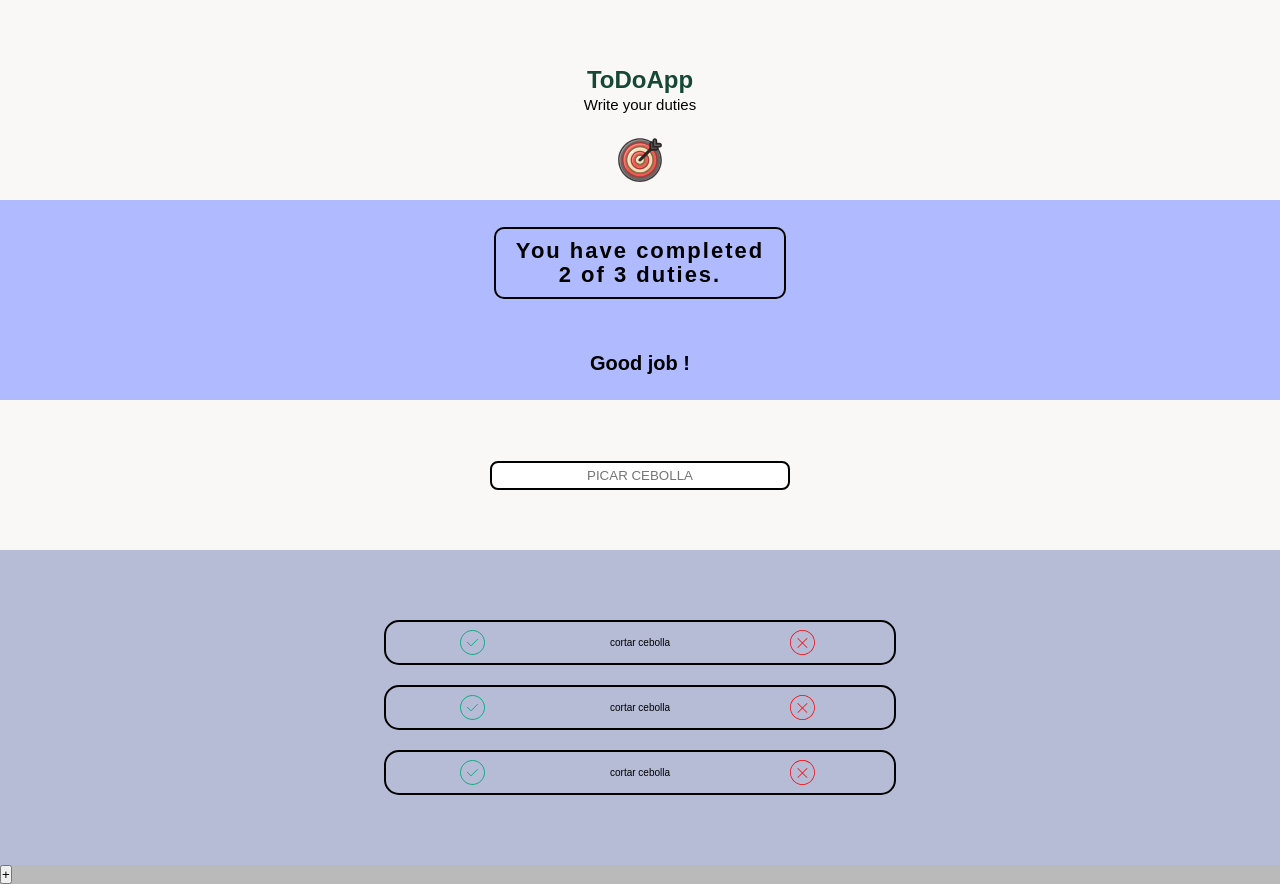
Repository: ChristianGecchelin/to-do-app
Page: /
These files come from the project's save history. The page is drawn as it stood at one moment and after the next save; the edit follows.
The browser window is 1280 px wide. The pictures show the whole page.
The project was rebuilt for these pictures with package versions that can differ from the ones it lists, and the page was loaded fresh each time.

Above is the page before, as saved 2022-01-12 15:38:43.

### src/index.js
import React from "react";
import ReactDOM from "react-dom";
import App from "./App";
//import { ChakraProvider } from "@chakra-ui/react";
import "./index.css";

ReactDOM.render(<App />, document.getElementById("root"));

### src/App.js
import { ToDoCounter } from "./ToDoCounter";
import { ToDoSearch } from "./ToDoSearch";
import { ToDoList } from "./ToDoList";
import { CreateToDoButton } from "./CreateToDoButton";
import { ToDoItem } from "./ToDoItem";
import { Header } from "./Header";
// import './App.css';

const todos = [
  { text: "cortar cebolla", completed: false },
  { text: "cortar cebolla", completed: false },
  { text: "cortar cebolla", completed: false },
];

function App() {
  return (
    <>
      <Header />
      <ToDoCounter />
      {<ToDoSearch />}
      <ToDoList>
        {todos.map((todo) => (
          <ToDoItem key={todo.text} text={todo.text} />
        ))}
      </ToDoList>

      <CreateToDoButton />
    </>
  );
}

export default App;

### src/index.css
* {
  box-sizing: border-box;
  margin: 0;
  padding: 0;
}
html {
  font-size: 62.5%;
  font-family: "DM Sans", sans-serif;
}
body {
  background: #bababa;
}

### src/ToDoCounter.js
import "./styles/ToDoCounter.css";
function ToDoCounter() {
  return (
    <section className="counter-container">
      <div className="title-card">
        <h2 className="counter-title">
          You have completed <br />2 of 3 duties.
        </h2>
      </div>
      {/* como podria cambiar ese br? */}
      <p className="counter-congrats">Good job !</p>
    </section>
  );
}
export { ToDoCounter };
/* Modificar que sea variable la cantidad de tareas completadas, que el good job cambie cuando llevo menos de la mitad de tareas completadas. */

### src/ToDoSearch.js
import "./styles/ToDoSearch.css";
function ToDoSearch() {
  return (
    <section className="search-container">
      <input className="search-input" placeholder="Picar cebolla"></input>
    </section>
  );
}
export { ToDoSearch };

### src/ToDoList.js
import "./styles/ToDoList.css";
function ToDoList(props) {
  return (
    <section className="list-container">
      <ul className="item-container"> {props.children}</ul>
    </section>
  );
}
export { ToDoList };

### src/CreateToDoButton.js
function CreateToDoButton() {
  return <button>+</button>;
}
export { CreateToDoButton };

### src/ToDoItem.js
function ToDoItem(props) {
  return (
    <li className="list-item">
      <span className="check"></span>
      <p className="text-item">{props.text}</p>
      <span className="delete"></span>
    </li>
  );
}
export { ToDoItem };

### src/Header.js
import "./styles/header.css";
function Header() {
  return (
    <header>
      <h1>ToDoApp</h1>
      <h3>Write your duties</h3>
      <span></span>
    </header>
  );
}
export { Header };

### src/styles/ToDoCounter.css
.counter-container {
  display: flex;
  flex-direction: column;
  justify-content: space-around;
  align-items: center;
  width: 100%;
  min-width: 300px;
  height: 200px;
  margin: 0 auto;
  text-align: center;
  background: #b0bbff;
}
.title-card {
  border: 2px solid black;
  border-radius: 10px;
}
.counter-title {
  font-size: 2.2rem;
  font-weight: 700;
  line-height: 2.4rem;
  letter-spacing: 0.2rem;
  padding: 10px 20px;
}
.counter-congrats {
  font-size: 2rem;
  font-weight: 700;
  line-height: 2rem;
}

/* como funciona la especifidad en css en react? */

### src/styles/ToDoSearch.css
.search-container {
  display: flex;
  flex-direction: column;
  margin: 0 auto;
  justify-content: center;
  width: 100;
  min-width: 200px;
  height: 150px;
  text-align: center;
  background: #faf8f7;
}
.search-input {
  width: 60%;
  max-width: 300px;
  border: 2px solid black;
  border-radius: 8px;
  margin: 0 auto;
  text-align: center;
  padding: 5px 20px;
}
.search-input:focus {
  outline: none;
  border: 2px solid green;
  background: rgba(240, 239, 239, 0.7);
}
.search-input::placeholder {
  text-transform: uppercase;
}

### src/styles/ToDoList.css
.list-container {
  display: flex;
  flex-direction: column;
  justify-content: center;
  align-items: center;
  width: 100%;
  height: auto;
  padding: 50px 0;
  background: rgb(176 187 255 / 40%);
}
.item-container {
  width: 40%;
}
.list-item {
  position: relative;
  display: flex;
  flex-direction: row;
  justify-content: space-around;
  margin: 20px 0px;
  padding: 15px 0;
  border: 2px solid black;
  border-radius: 15px;
}
.check {
  position: absolute;
  top: 8px;
  left: calc(50% - 180px);
  background-image: url(../assets/check.svg);
  width: 25px;
  height: 25px;
  background-repeat: no-repeat;
  background-size: contain;
}
.delete {
  position: absolute;
  top: 8px;
  left: calc(50% + 150px);
  background-image: url(../assets/cross.svg);
  width: 25px;
  height: 25px;
  background-repeat: no-repeat;
  background-size: contain;
  fill: #81b5a8;
  -webkit-mask: url(../assets/cross.svg);
  mask: url(../assets/cross.svg);
  mask-size: cover;
  background: red;
}

### src/styles/header.css
header {
  position: relative;
  display: flex;
  flex-direction: column;
  justify-content: center;
  align-items: center;
  width: 100%;
  min-width: 320px;
  height: 200px;
  text-align: center;
  padding-bottom: 50px;
  background: #faf8f7;
}
header h1 {
  align-items: center;
  font-size: 2.4rem;
  font-weight: 700;
  line-height: 3rem;
  color: rgb(22, 71, 55);
  padding-top: 15px;
  padding-bottom: 5px;
  margin-top: 10px;
}
header h3 {
  align-items: center;
  font-size: 1.5rem;
  font-weight: 500;
  line-height: 1rem;
}
header span {
  position: absolute;
  top: 135px;
  background-image: url(../assets/header.svg);
  width: 50px;
  height: 50px;
  background-repeat: no-repeat;
  background-size: contain;
}
/*Falta completar con tipografias y colores, imagen span*/

Loaded but not shown: public/index.html (common file)

After the next save:
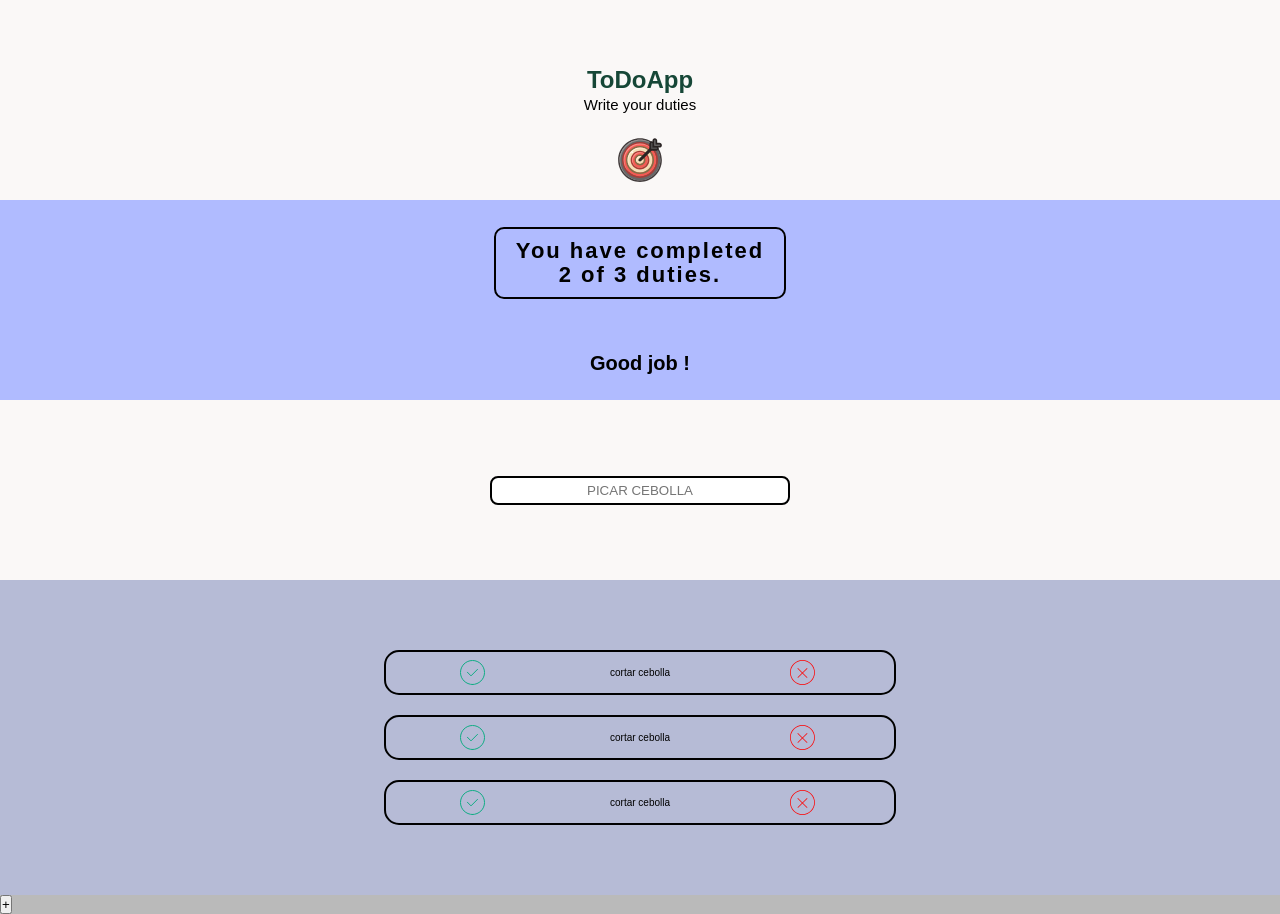
Saved 5 s later.
--- a/src/styles/ToDoSearch.css
+++ b/src/styles/ToDoSearch.css
@@ -5,7 +5,7 @@
   justify-content: center;
   width: 100;
   min-width: 200px;
-  height: 150px;
+  height: 180px;
   text-align: center;
   background: #faf8f7;
 }
